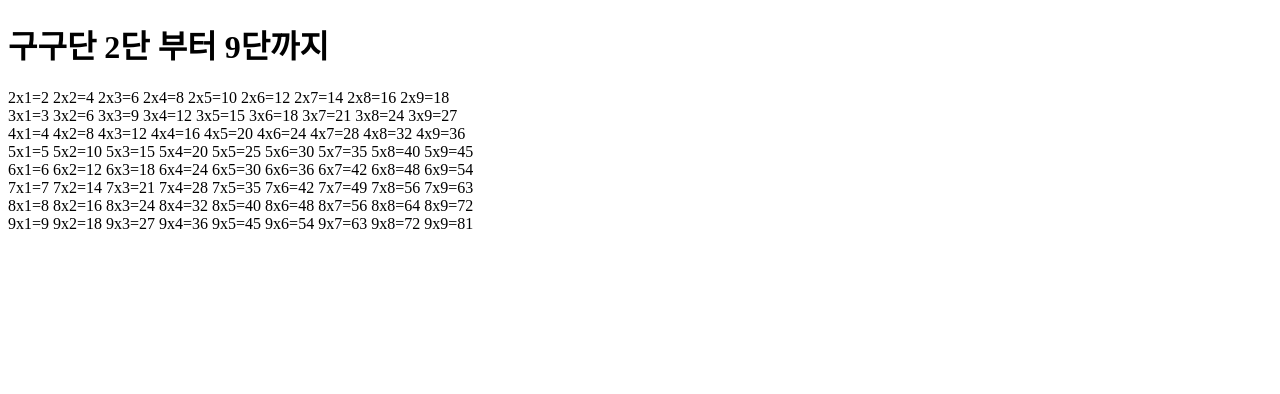
Repository: hyeongu135-ui/Jsp2026
Page: http://localhost/chapter01/test02.jsp
An editor plug-in stored every save of this project. The page is shown before and after the next save, followed by the edit.
The browser window is 1280 px wide. The pictures show the whole page.
The page is served by Tomcat 9.

Above is the page before, as saved 2026-10-16 02:40:51.

### chapter01/src/main/webapp/test02.jsp
<%@ page language="java" contentType="text/html; charset=UTF-8"
	pageEncoding="UTF-8" import="java.util.*"%>
<!DOCTYPE html>
<html>
<head>
<meta charset="UTF-8">
<title>Insert title here</title>
</head>
<body>
	<h1>구구단 2단 부터 9단까지</h1>
	<p>
	<%
	for (int i = 2; i < 10; i++) {
		for (int j = 1; j < 10; j++) {
			int sum = (i*j);
	%>
	<%=i +"x"+ j+"="+ sum%>
	<%}%><br/>
	<%}%>
</body>
</html>

After the next save:
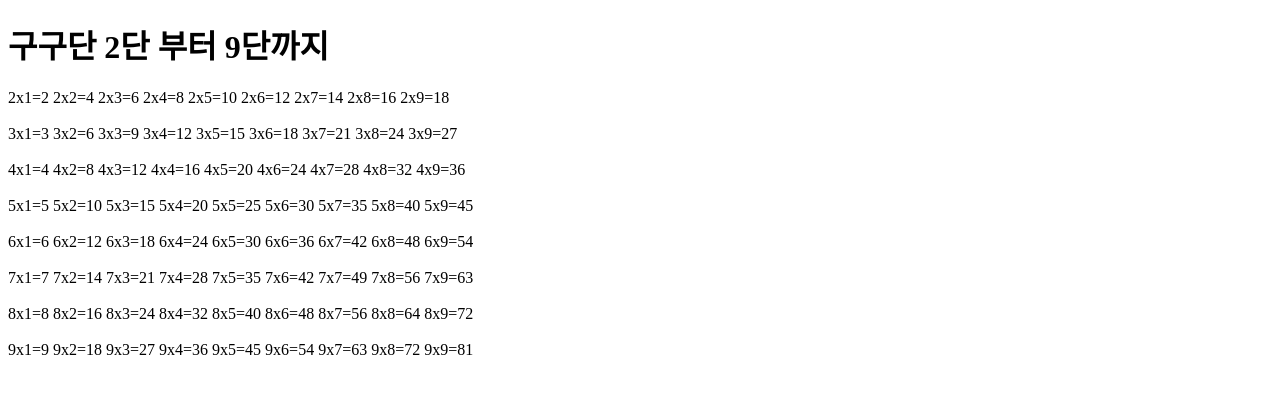
Saved 19 s later.
--- a/chapter01/src/main/webapp/test02.jsp
+++ b/chapter01/src/main/webapp/test02.jsp
@@ -15,7 +15,7 @@
 			int sum = (i*j);
 	%>
 	<%=i +"x"+ j+"="+ sum%>
-	<%}%><br/>
+	<%}%><br/><br/>
 	<%}%>
 </body>
 </html>
